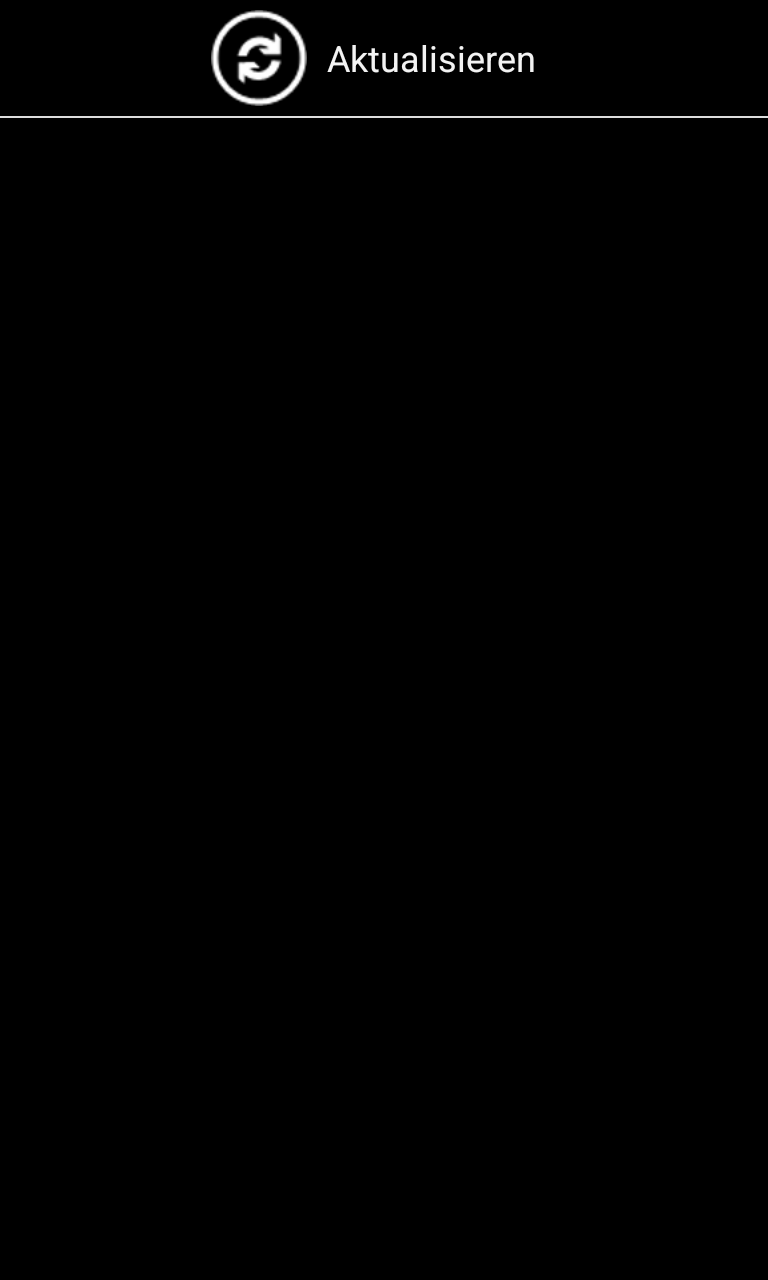
Repository: dwonisch/firefighterapp
Layout: FireFighter/res/layout/main.xml
The author's editor kept a copy of each file at every save. The layout is drawn from the files as they stood at one save, then again after a run of saves.
It is drawn on a 768 x 1280 px phone screen (xhdpi) without system bars, with theme android:Theme.Holo; the app's code is not run. Lists and similar views that code fills are empty.

Above is the layout before, as saved 2012-10-11 18:36:31.

### FireFighter/res/layout/main.xml
<?xml version="1.0" encoding="utf-8"?>
<LinearLayout xmlns:android="http://schemas.android.com/apk/res/android"
    android:layout_width="wrap_content"
    android:layout_height="fill_parent"
    android:orientation="vertical" >

    <LinearLayout
        xmlns:android="http://schemas.android.com/apk/res/android"
        android:id="@+id/refresh"
        android:layout_width="wrap_content"
        android:layout_height="fill_parent"
        android:orientation="vertical" >

        <LinearLayout
            android:layout_width="match_parent"
            android:layout_height="wrap_content"
            android:layout_gravity="center_vertical|center_horizontal"
            android:gravity="center"
            android:onClick="onRefresh"
            android:padding="5dp" >

            <ImageView
                android:layout_width="wrap_content"
                android:layout_height="wrap_content"
                android:layout_gravity="center_vertical|center_horizontal"
                android:contentDescription="Refresh"
                android:src="@drawable/refresh" />

            <TextView
                android:id="@+id/progress_Text"
                android:layout_width="wrap_content"
                android:layout_height="fill_parent"
                android:gravity="center_vertical|center_horizontal"
                android:padding="10dp"
                android:text="Aktualisieren"
                android:textAppearance="?android:attr/textAppearanceMedium" />
        </LinearLayout>

            <View android:padding="5dp"
                android:layout_width="fill_parent"
                android:layout_height="1dp"
                android:background="#FFDDDDDD" />
    </LinearLayout>

    <LinearLayout
        android:id="@+id/connectionLost"
        android:layout_width="fill_parent"
        android:layout_height="fill_parent"
        android:layout_gravity="center_vertical|center_horizontal"
        android:gravity="bottom|center_horizontal|center_vertical|fill_vertical"
        android:orientation="vertical" >

        <ImageView
            android:layout_width="wrap_content"
            android:layout_height="wrap_content"
            android:layout_gravity="center_vertical|center_horizontal"
            android:contentDescription="Refresh"
            android:src="@drawable/refresh" />

        <TextView
            android:id="@+id/progress_Text"
            android:layout_width="fill_parent"
            android:layout_height="wrap_content"
            android:gravity="center_vertical|center_horizontal"
            android:text="Verbindung fehlgeschlagen"
            android:textAppearance="?android:attr/textAppearanceMedium" />

        <TextView
            android:id="@+id/progress_Text"
            android:layout_width="fill_parent"
            android:layout_height="wrap_content"
            android:gravity="center_vertical|center_horizontal"
            android:text="Zum Wiederholen tippen"
            android:textAppearance="?android:attr/textAppearanceSmall" />
    </LinearLayout>

    <LinearLayout
        android:id="@+id/progress"
        android:layout_width="match_parent"
        android:layout_height="wrap_content"
        android:padding="5dp" >

        <ProgressBar
            android:id="@+id/progressBar"
            android:layout_width="wrap_content"
            android:layout_height="wrap_content" />

        <TextView
            android:id="@+id/progress_Text"
            android:layout_width="wrap_content"
            android:layout_height="fill_parent"
            android:gravity="center_vertical|center_horizontal"
            android:padding="5dp"
            android:text="Einsätze werden geladen"
            android:textAppearance="?android:attr/textAppearanceMedium" />
    </LinearLayout>

    <ListView
        android:id="@+id/bookListView"
        android:layout_width="fill_parent"
        android:layout_height="fill_parent"
        android:divider="#ffffff" >
    </ListView>

</LinearLayout>

After the next 2 saves:
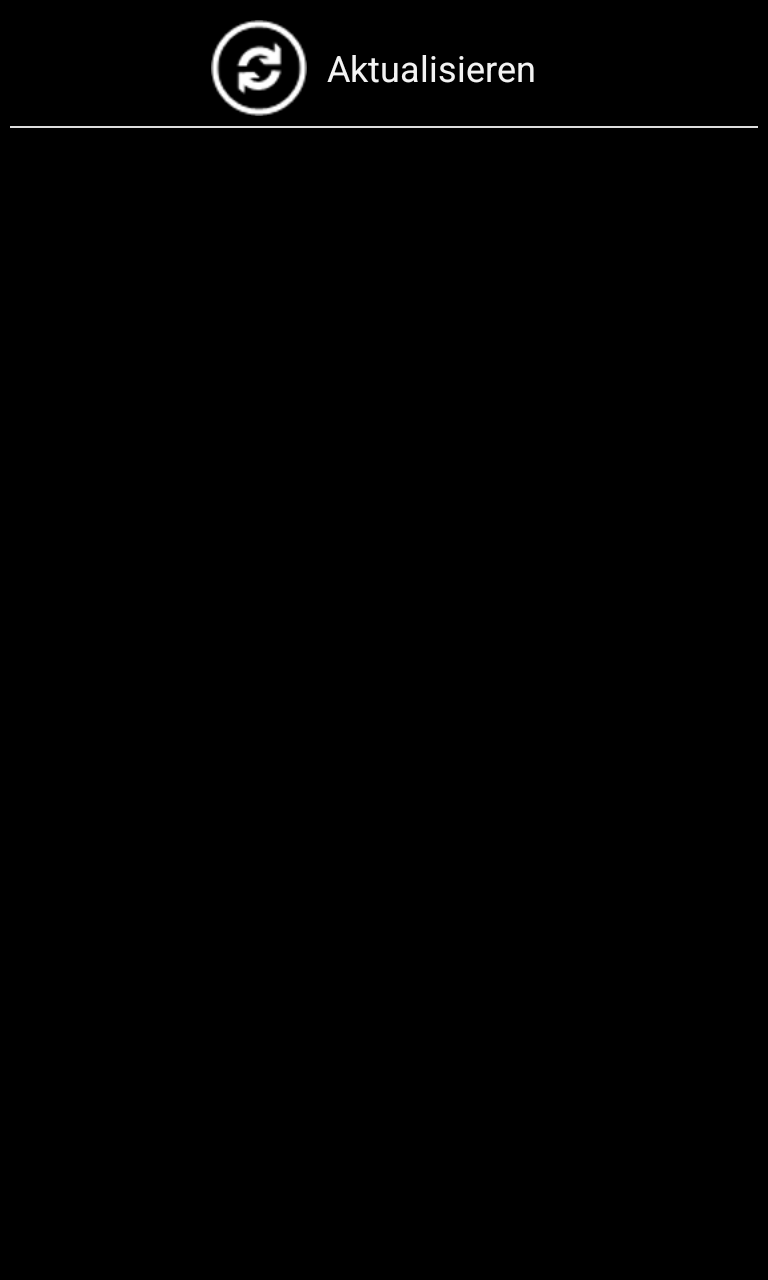
The 2 saves are shown as one change because they came seconds apart.
The last was saved 13 s later.
--- a/FireFighter/res/layout/main.xml
+++ b/FireFighter/res/layout/main.xml
@@ -9,7 +9,9 @@
         android:id="@+id/refresh"
         android:layout_width="wrap_content"
         android:layout_height="fill_parent"
-        android:orientation="vertical" >
+        android:orientation="vertical"
+        android:padding="5dp"
+         >
 
         <LinearLayout
             android:layout_width="match_parent"
@@ -36,7 +38,7 @@
                 android:textAppearance="?android:attr/textAppearanceMedium" />
         </LinearLayout>
 
-            <View android:padding="5dp"
+            <View
                 android:layout_width="fill_parent"
                 android:layout_height="1dp"
                 android:background="#FFDDDDDD" />
